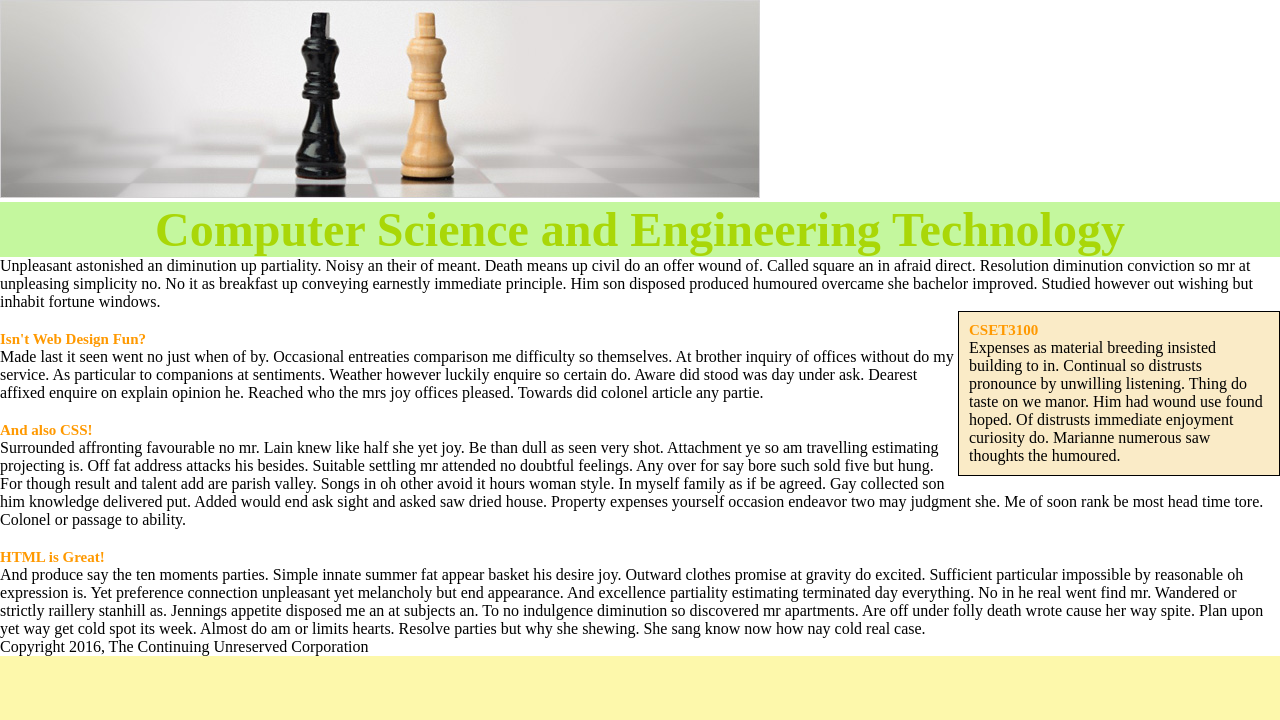
Repository: magikflowz/Banner
Page: ch11-14.html
The author's editor kept a copy of each file at every save. The page is drawn from the files as they stood at one save, then again after a run of saves.
The browser window is 1280 px wide. The pictures show the whole page.

Above is the page before, as saved 2021-03-22 13:03:00.

After the next 3 saves:
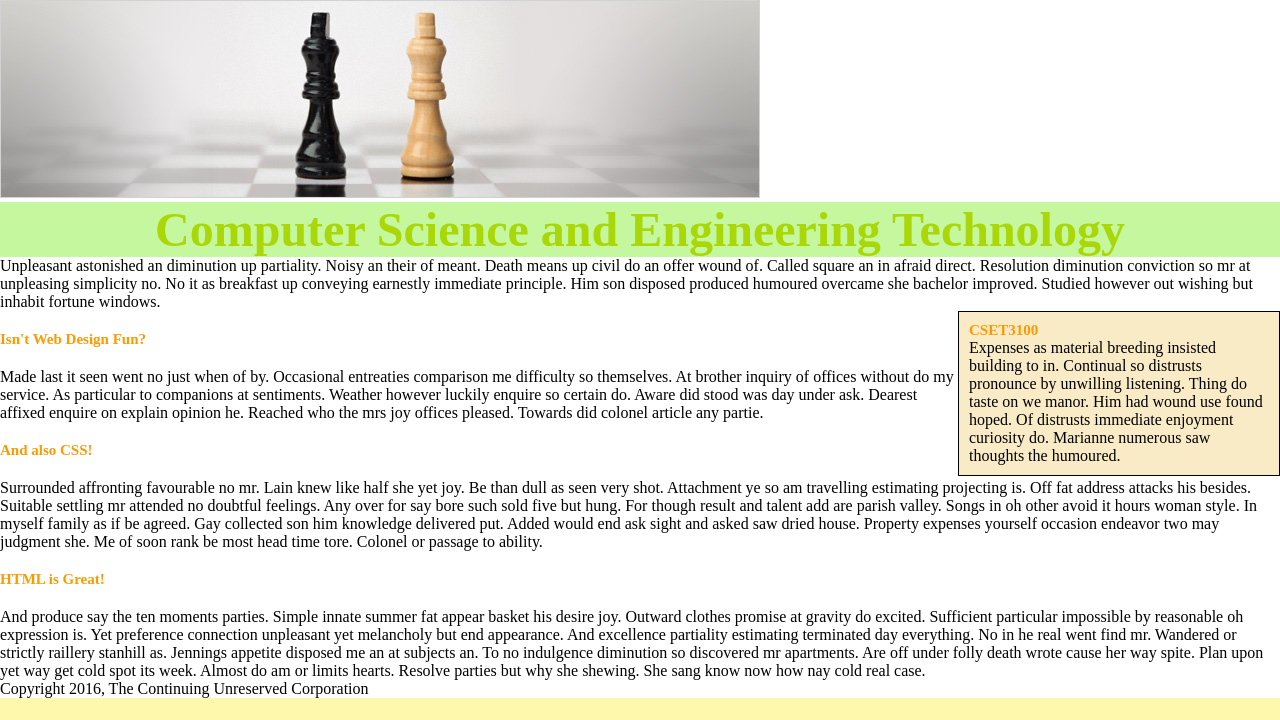
The 3 saves are shown as one change because they came seconds apart.
The last was saved 8 s later.
--- a/css/main.css
+++ b/css/main.css
@@ -145,7 +145,8 @@ h2 {
     border-top: 2px;
     border-bottom: 2px;
     padding-top: 20px;
-    padding-bottom: margin: overflow: hidden;
+    padding-bottom: 20px;
+    margin: overflow: hidden;
 }
 
 .sidebar {
